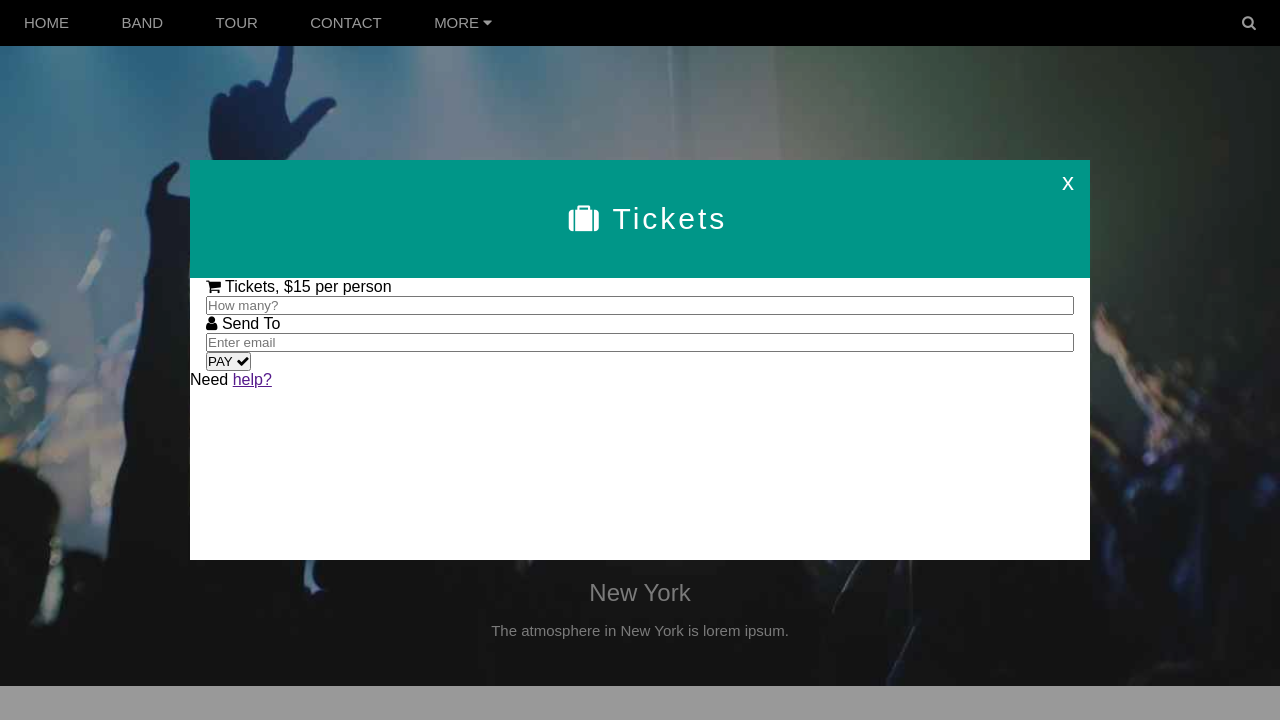
Repository: nguyenhoang2002062929/band
Page: index.html
The author's editor kept a copy of each file at every save. The page is drawn from the files as they stood at one save, then again after the next save.
The browser window is 1280 px wide. The pictures show the window.
A layer covers the whole window, so only the first screen is drawn.

Above is the page before, as saved 2023-06-06 10:48:03.

After the next save:
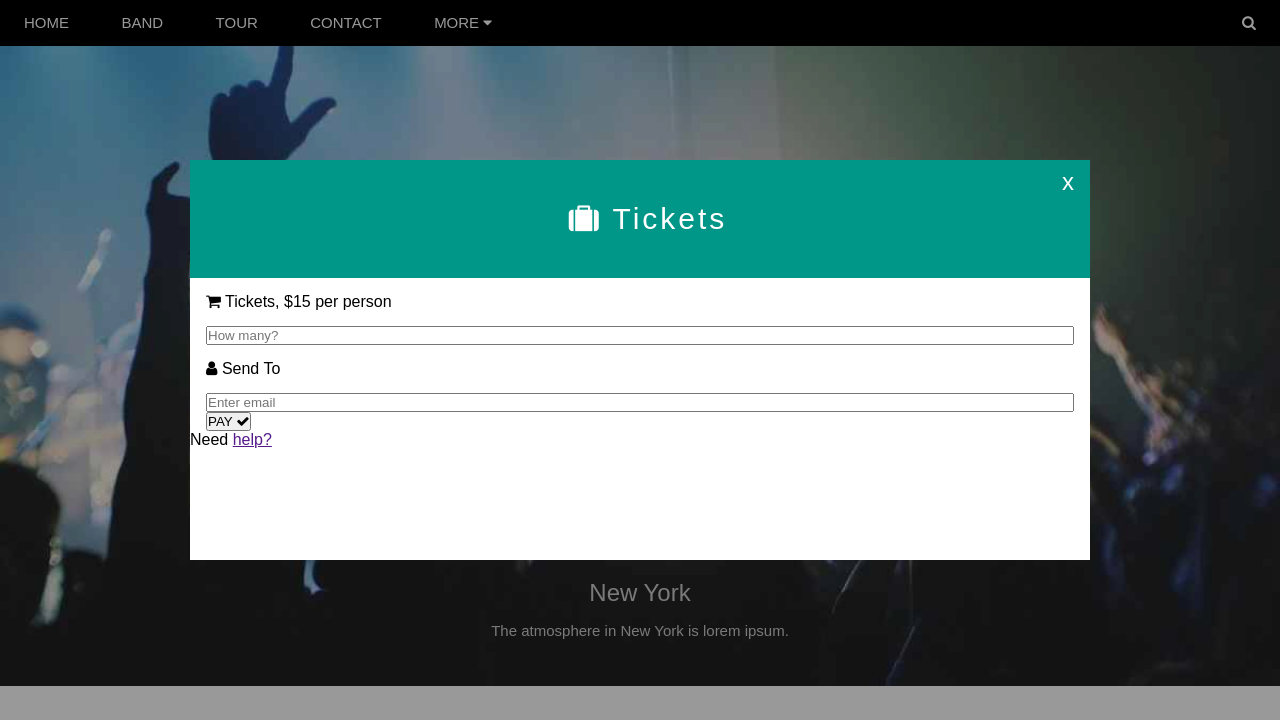
Saved 63 s later.
--- a/assets/css/style.css
+++ b/assets/css/style.css
@@ -282,6 +282,7 @@ cursor: pointer;
 }
 .modal label{
     display: block;
+    margin: 15px 0px;
 }
 .modal input{
     width: 100% ;
